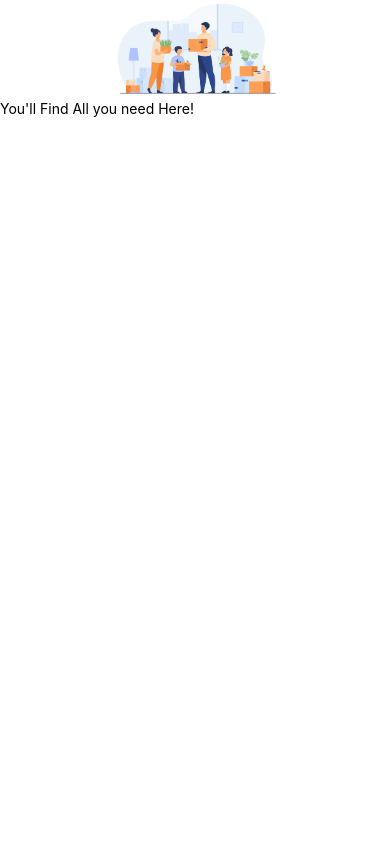
Repository: oscarMyerston/ProjectName
Screen: /
An editor plug-in stored every save of this project. The screen is shown before and after a run of saves, followed by the edit.
The app was drawn by React Native's web renderer in a window 390 px wide. The project was rebuilt for these pictures with package versions that can differ from the ones it lists, and the page was loaded fresh each time. Also part of the build but not shown: Chair.js, Table.js.

Above is the screen before, as saved 2024-06-02 19:50:27.

### App.js
/**
 * Sample React Native App
 * https://github.com/facebook/react-native
 *
 * @format
 * @flow strict-local
 */

import React, { useState } from 'react';
import {
  SafeAreaView,
} from 'react-native';
import { Chair as BlackChair} from './Chair';
import Table from "./Table"
import Splash from './src/screen/auth/Splash';

const App = ()  => {
  const [ theme, setTheme ] = useState('light')
  return (
    <SafeAreaView>
    <Splash/>
    </SafeAreaView>
  );
};

const styles = {
  themeHeader: {
    margin: 16,
    fontSize: 16,
    backgroundColor: 'yellow'
  }
}

// const styles = StyleSheet.create({
//   themeHeader: {
//     margin: 16,
//     fontSize: 16,
//     backgroundColor: 'yellow'
//   }
// })

export default App;

### src/screen/auth/Splash/index.js
import React from "react";
import { Text, Image, View } from "react-native"
import { styles } from './styles'

const Splash = () => {
  return [
    <View>
      <Image
        resizeMode="contain"
        style={styles.image}
        source={require('../../../assets/splash_image.png')}
      />
      <Text>You'll Find All you need Here!</Text>
    </View>,
  ];

}

export default Splash

### src/screen/auth/Splash/styles.js
import { StyleSheet } from "react-native"

export const styles = StyleSheet.create({
  image: {
    width: '100%',
    height: 100,
  },
  title: {
    fontSize: 40,
    fontWeight: 'bold'
  },
  innetTitle: {
    color: '#FCA34D',
    textDecorationLine: 'underline'
  }
})

After the next 3 saves:
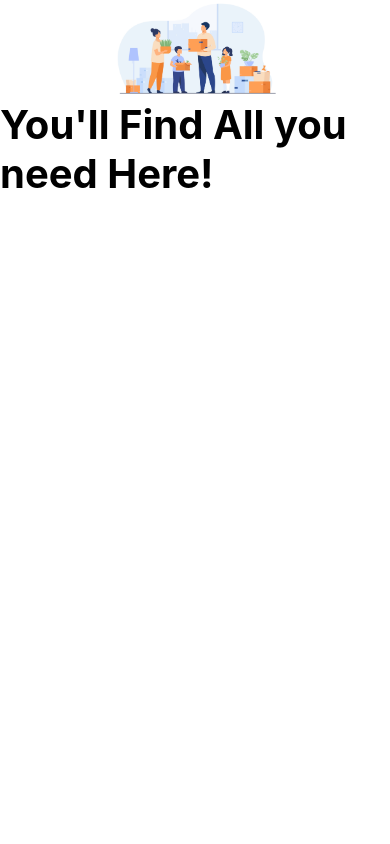
The 3 saves are shown as one change because they came seconds apart.
The last was saved 24 s later.
--- a/src/screen/auth/Splash/index.js
+++ b/src/screen/auth/Splash/index.js
@@ -10,7 +10,7 @@ const Splash = () => {
         style={styles.image}
         source={require('../../../assets/splash_image.png')}
       />
-      <Text>You'll Find All you need Here!</Text>
+      <Text style={styles.title}>You'll Find All you need Here!</Text>
     </View>,
   ];
 
